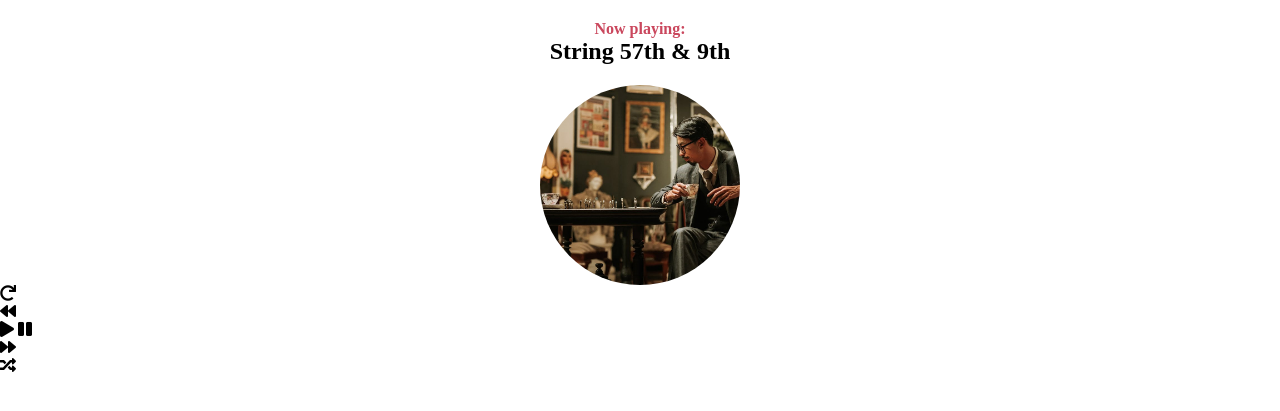
Repository: dovanthao2404/AppMusicPlayer
Page: index.html
These files come from the project's save history. The page is drawn as it stood at one moment and after the next save; the edit follows.
The browser window is 1280 px wide. The pictures show the whole page.

Above is the page before, as saved 2021-06-28 02:05:16.

### index.html
<!DOCTYPE html>
<html lang="en">

<head>
  <meta charset="UTF-8">
  <meta http-equiv="X-UA-Compatible" content="IE=edge">
  <meta name="viewport" content="width=device-width, initial-scale=1.0">
  <title>Music</title>
  <!-- FONTAWESOME -->
  <link rel="stylesheet" href="https://cdnjs.cloudflare.com/ajax/libs/font-awesome/5.15.3/css/all.min.css"
    integrity="sha512-iBBXm8fW90+nuLcSKlbmrPcLa0OT92xO1BIsZ+ywDWZCvqsWgccV3gFoRBv0z+8dLJgyAHIhR35VZc2oM/gI1w=="
    crossorigin="anonymous" referrerpolicy="no-referrer" />
  <!-- MAIN CSS -->
  <link rel="stylesheet" href="./css/app.css">
</head>

<body>
  <div class="player">
    <div class="dashboards">
      <!-- HEADER -->
      <header>
        <h4>Now playing:</h4>
        <h2>String 57th & 9th</h2>
      </header>

      <!-- CD -->
      <div id="cd" class="cd">
        <div class="thumb">
          <img src="./img/loinho.jpg" alt="">
        </div>
      </div>

      <!-- CONTROL -->
      <div class="controls" class="controls">
        <div class="btn btn-repeat">
          <i class="fa fa-redo"></i>
        </div>
        <div class="btn btn-prev">
          <i class="fa fa-backward"></i>
        </div>
        <div class="btn btn-toggle-play">
          <i class="fa fa-play"></i>
          <i class="fa fa-pause"></i>
        </div>
        <div class="btn btn-next">
          <i class="fa fa-forward"></i>
        </div>
        <div class="btn btn-random">
          <i class="fa fa-random"></i>
        </div>
      </div>

      <!-- PROGRESS -->
      <div id="progress" class="progress"></div>

      <!-- AUDIO -->
      <audio id="audio" src=""></audio>

      <!-- PLAY LIST -->
      <div class="playlist">

      </div>
    </div>
  </div>
  <script src="./js/app.js"></script>
</body>

</html>

### css/app.css
/* GLOBAL */
* {
  padding: 0;
  margin: 0;
  box-sizing: border-box;
}
/* PLAYER */
.dashboards {
}
header {
  text-align: center;
  margin: 20px 0;
}
header h4 {
  color: rgb(202, 71, 93);
}
.thumb {
  width: 200px;
  height: 200px;
  margin: auto;
}
.thumb img {
  border-radius: 50%;
  width: 100%;
  height: 100%;
  object-fit: cover;
}

Loaded but not shown: js/app.js (no stored copy; drawn as an empty file)

After the next save:
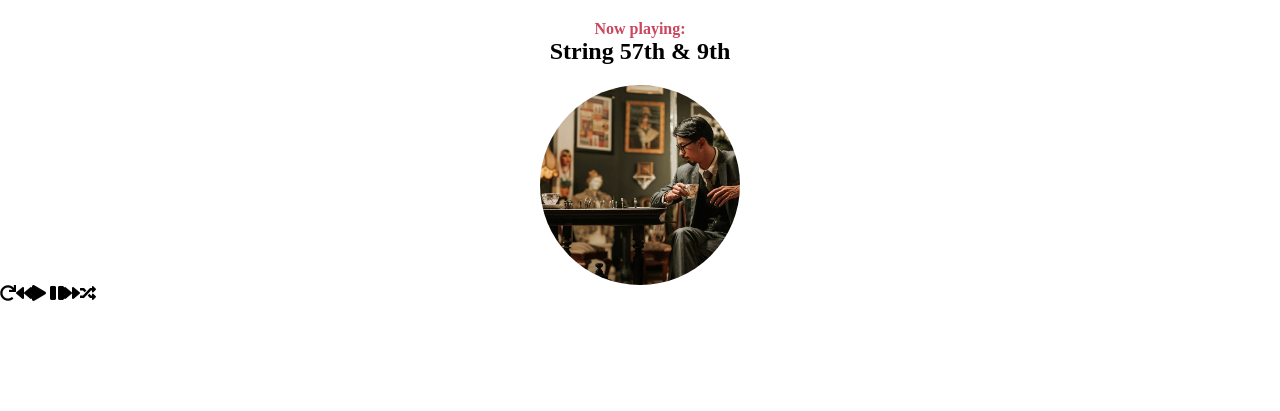
Saved 14 s later.
--- a/css/app.css
+++ b/css/app.css
@@ -25,3 +25,6 @@ header h4 {
   height: 100%;
   object-fit: cover;
 }
+.controls {
+  display: flex;
+}
